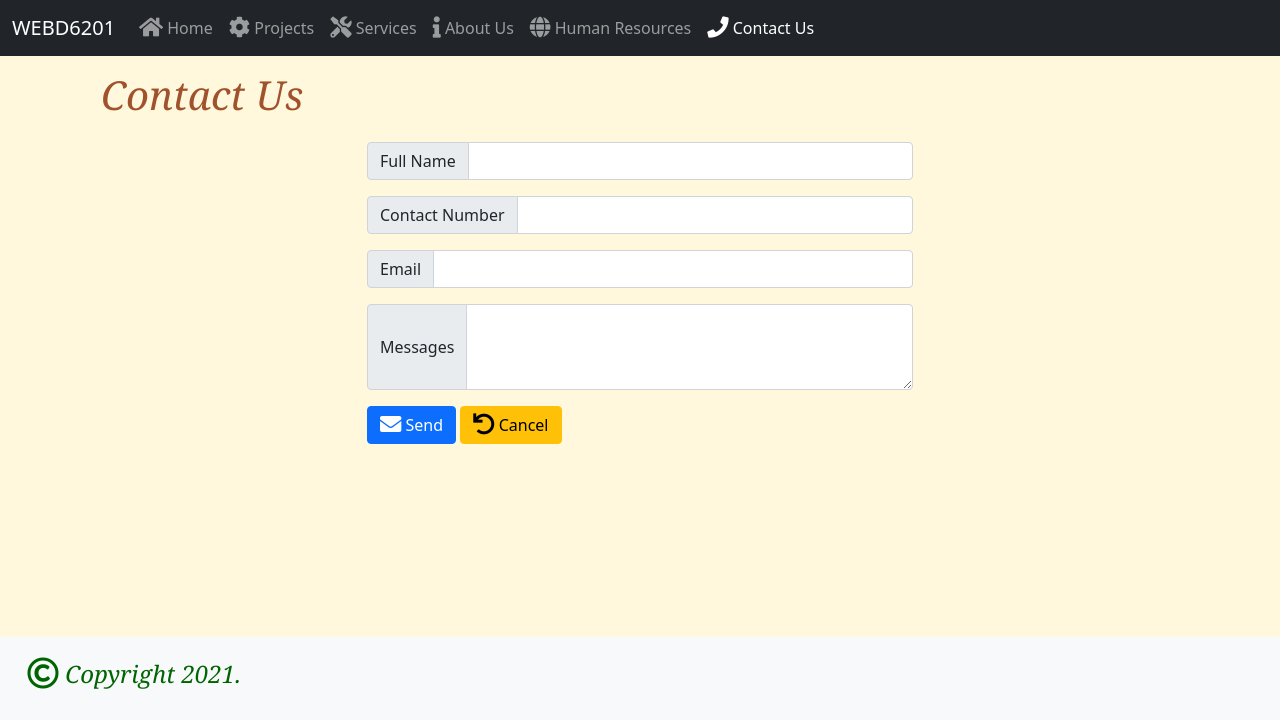
Repository: YiuWingLau/WEBD6201-W2021-Lab1
Page: contact.html
An editor plug-in stored every save of this project. The page is shown before and after the next save, followed by the edit.
The browser window is 1280 px wide. The pictures show the whole page.

Above is the page before, as saved 2021-02-05 00:36:36.

After the next save:
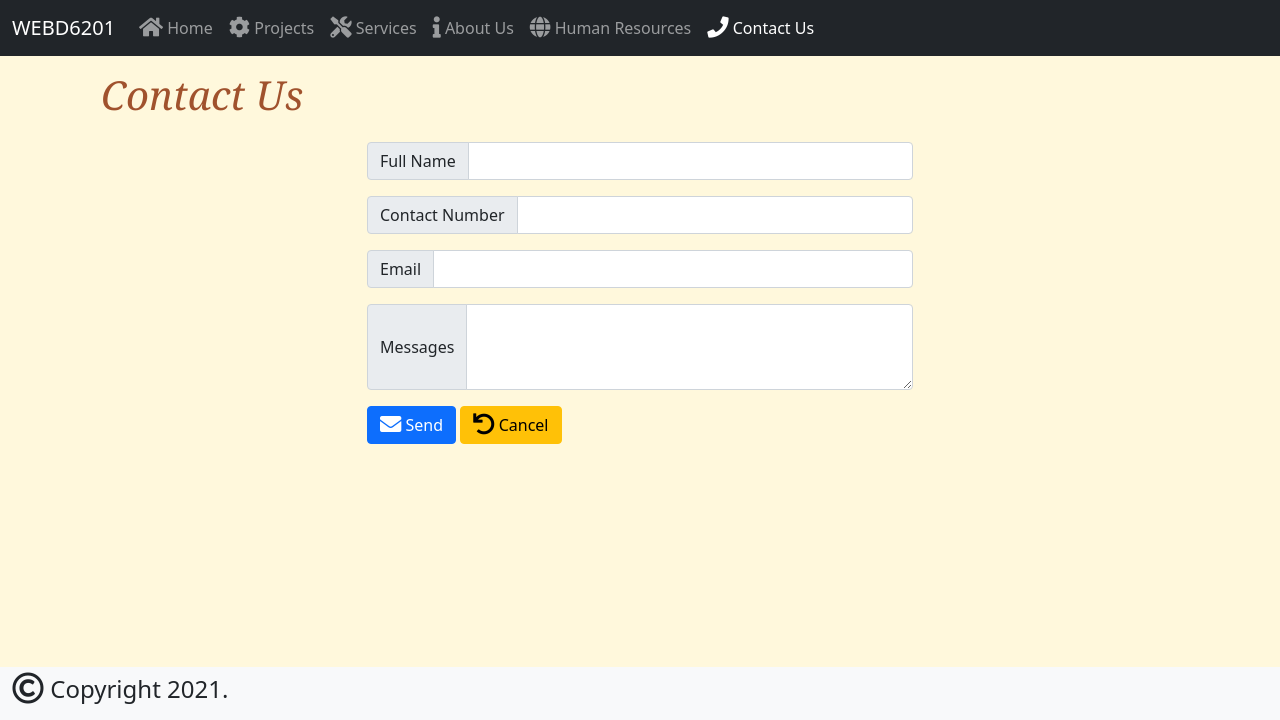
Saved 29 s later.
--- a/Content/app.css
+++ b/Content/app.css
@@ -5,7 +5,7 @@ h1 {
     font-style: italic;
 }
 
-h4 {
+h5 {
     padding: 15px;
     color: darkgreen;
     font-family: Cambria, Cochin, Georgia, Times, 'Times New Roman', serif;
